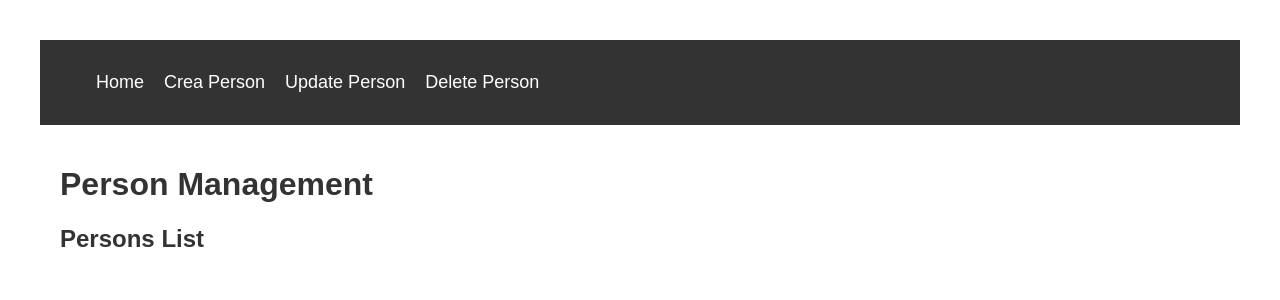
Repository: FilipBienkowski3/WDAI23-24
Page: / (app in services/java/application/react-frontend/)
An editor plug-in stored every save of this project. The page is shown before and after a run of saves, followed by the edit.
The browser window is 1280 px wide. The pictures show the whole page.
The page's requests for data from a server got no answer. The project was rebuilt for these pictures with package versions that can differ from the ones it lists, and the page was loaded fresh each time. No one was signed in, and anything a server would have sent is missing. Also part of the build but not shown: services/java/application/react-frontend/src/components/AddPerson.js, services/java/application/react-frontend/src/components/UpdatePerson.js, services/java/application/react-frontend/src/components/DeletePerson.js.

Above is the page before, as saved 2025-01-05 20:42:21.

### services/java/application/react-frontend/src/index.js
import React from 'react';
import ReactDOM from 'react-dom/client';
import './index.css';
import App from './App';
import reportWebVitals from './reportWebVitals';

const root = ReactDOM.createRoot(document.getElementById('root'));
root.render(
  <React.StrictMode>
    <App />
  </React.StrictMode>
);

// If you want to start measuring performance in your app, pass a function
// to log results (for example: reportWebVitals(console.log))
// or send to an analytics endpoint. Learn more: https://bit.ly/CRA-vitals
reportWebVitals();
//punkt wejscia aplikacji

### services/java/application/react-frontend/src/App.js
import React from 'react';
import { BrowserRouter as Router, Route, Routes, Link } from 'react-router-dom';
import './styles.css';
import Home from './components/Home'; // Importuj Home.js
import AddPerson from './components/AddPerson';
import UpdatePerson from './components/UpdatePerson';
import DeletePerson from './components/DeletePerson';

function App() {
  return (
    <Router>
      <div>
        {/* Navbar */}
        <nav>
          <ul>
            <li><Link to="/">Home</Link></li>
            <li><Link to="/create">Crea Person</Link></li>
            <li><Link to="/update">Update Person</Link></li>
            <li><Link to="/delete">Delete Person</Link></li>
          </ul>
        </nav>

        {/* Routes */}
        <Routes>
          <Route path="/" element={<Home />} /> {/* Ustaw Home jako stronę główną */}
          <Route path="/create" element={<AddPerson />} />
          <Route path="/update" element={<UpdatePerson />} />
          <Route path="/delete" element={<DeletePerson />} />
        </Routes>
      </div>
    </Router>
  );
}

export default App;

### services/java/application/react-frontend/src/styles.css
/* styles.css */
body {
    font-family: Arial, sans-serif;
  }

  nav {
    background-color: #333;
    padding: 1rem;
  }

  nav ul {
    list-style-type: none;
  }

  nav ul li {
    display: inline;
    margin-right: 20px;
  }

  nav ul li a {
    color: white;
    text-decoration: none;
    font-size: 18px;
  }

  nav ul li a:hover {
    color: #ddd;
  }

  h1, h2 {
    color: #333;
  }

  div {
    padding: 20px;
  }

### services/java/application/react-frontend/src/components/Home.js
import React, { useState, useEffect } from 'react';
import { getPersons } from '../api';

function Home() {
  const [persons, setPersons] = useState([]);

  useEffect(() => {
    fetchPersons();
  }, []);

  const fetchPersons = () => {
    getPersons().then((response) => {
      setPersons(response.data);
    });
  };

  return (
    <div>
      <h1>Person Management</h1>

      <h2>Persons List</h2>
      <ul>
        {persons.map((person) => (
          <li key={person.id}>
            {person.name} {person.surname} - {person.job}
          </li>
        ))}
      </ul>
    </div>
  );
}

export default Home;

### services/java/application/react-frontend/src/api.js
// //plik konfiguracji do backendu
// import axios from 'axios';

// const API = axios.create({
//   baseURL: 'http://localhost:8080', // Adres Twojego backendu
// });

// export const getPersons = () => API.get('/person');

// export default API;
import axios from 'axios';

const API = axios.create({
  baseURL: 'http://localhost:8080', // Adres Twojego backendu
});

export const getPersons = () => API.get('/person');
export const updatePerson = (id, name, surname, job) =>
  API.put(`/update/${id}?name=${name}&surname=${surname}&job=${job}`);
export const addPerson = (person) => API.post('/create', null, { params: person });
export const deletePerson = (id) => API.delete(`/delete/${id}`);

export default API;

Loaded but not shown: services/java/application/react-frontend/public/index.html (common file); services/java/application/react-frontend/src/index.css (common file); services/java/application/react-frontend/src/reportWebVitals.js (common file)

After the next 4 saves:
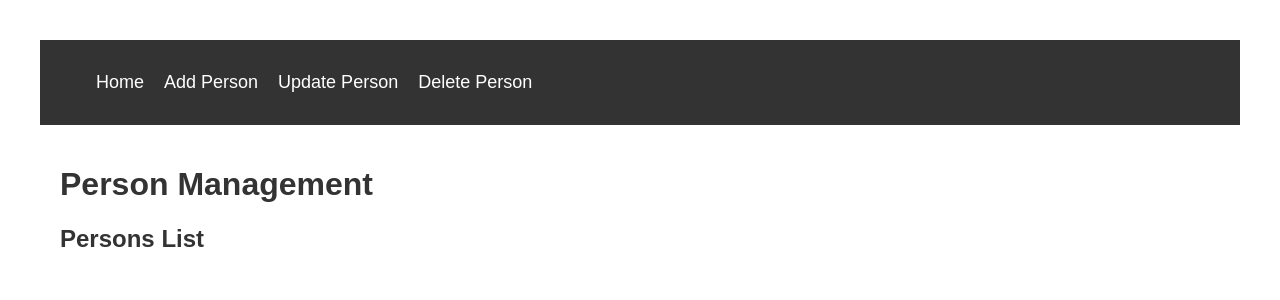
The 4 saves are shown as one change because they came seconds apart.
The last was saved 8 s later.
--- a/services/java/application/react-frontend/src/App.js
+++ b/services/java/application/react-frontend/src/App.js
@@ -14,7 +14,7 @@ function App() {
         <nav>
           <ul>
             <li><Link to="/">Home</Link></li>
-            <li><Link to="/create">Crea Person</Link></li>
+            <li><Link to="/add">Add Person</Link></li>
             <li><Link to="/update">Update Person</Link></li>
             <li><Link to="/delete">Delete Person</Link></li>
           </ul>
@@ -23,7 +23,7 @@ function App() {
         {/* Routes */}
         <Routes>
           <Route path="/" element={<Home />} /> {/* Ustaw Home jako stronę główną */}
-          <Route path="/create" element={<AddPerson />} />
+          <Route path="/add" element={<AddPerson />} />
           <Route path="/update" element={<UpdatePerson />} />
           <Route path="/delete" element={<DeletePerson />} />
         </Routes>
